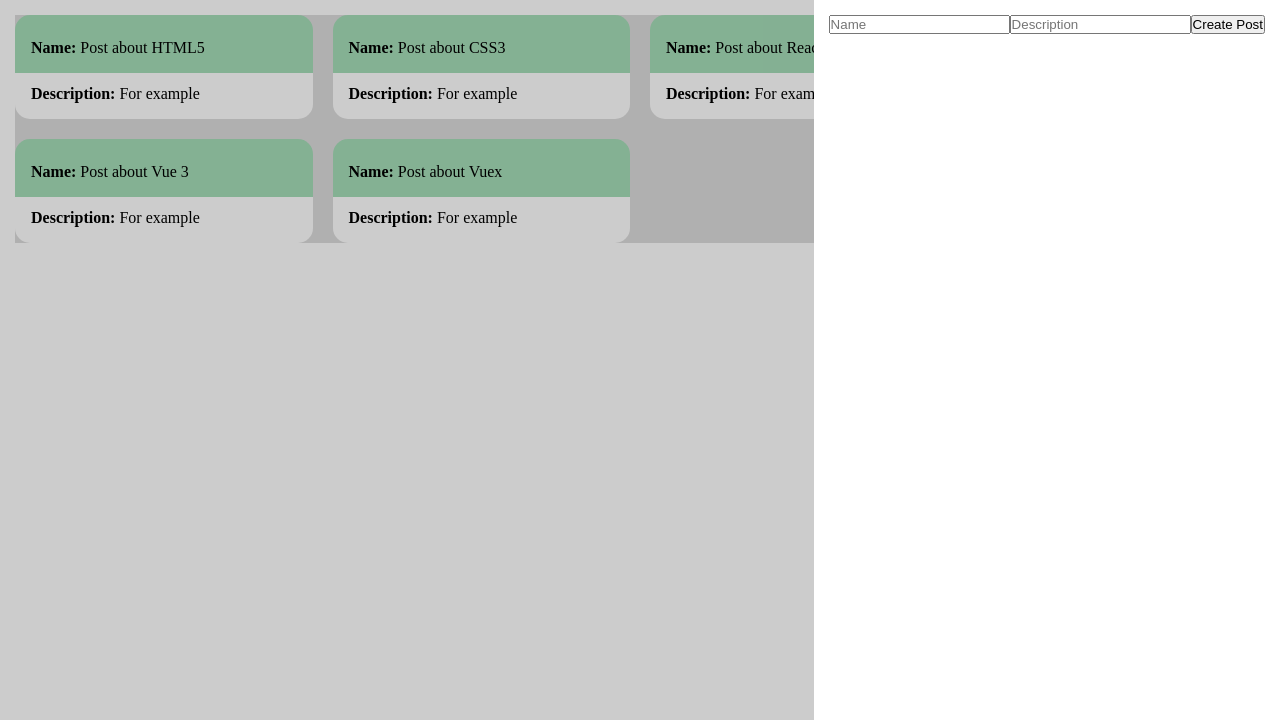
Repository: Axeliriya/vue-todo
Page: /
These files come from the project's save history. The page is drawn as it stood at one moment and after the next save; the edit follows.
The browser window is 1280 px wide. The pictures show the whole page.
The project was rebuilt for these pictures with package versions that can differ from the ones it lists, and the page was loaded fresh each time. Also part of the build but not shown: vue.config.js.

Above is the page before, as saved 2022-04-01 17:21:16.

### public/index.html
<!DOCTYPE html>
<html lang="">
  <head>
    <meta charset="utf-8">
    <meta name="viewport" content="width=device-width,initial-scale=1.0">
    <link rel="icon" href="<%= BASE_URL %>favicon.ico">
    <title>Todo</title>
  </head>
  <body>
    <div id="app"></div>
  </body>
</html>

### src/App.vue
<template>
  <div class="app">
    <div class="overlay">
      <div class="modal">
        <form class="form">
          <input class="input" type="text" placeholder="Name" />
          <input class="input" type="text" placeholder="Description" />
          <button>Create Post</button>
        </form>
      </div>
    </div>
    <ul class="posts">
      <li class="post" v-for="post in posts">
        <div class="post__name"><strong>Name: </strong>{{ post.title }}</div>
        <div class="post__description">
          <strong>Description: </strong>{{ post.body }}
        </div>
      </li>
    </ul>
  </div>
</template>

<script>
export default {
  data() {
    return {
      posts: [
        { id: Date.now(), title: 'Post about HTML5', body: 'For example' },
        { id: Date.now() + 1, title: 'Post about CSS3', body: 'For example' },
        { id: Date.now() + 2, title: 'Post about React', body: 'For example' },
        { id: Date.now() + 3, title: 'Post about Redux', body: 'For example' },
        { id: Date.now() + 4, title: 'Post about Vue 3', body: 'For example' },
        { id: Date.now() + 5, title: 'Post about Vuex', body: 'For example' },
      ],
    };
  },
  methods: {},
};
</script>

<style>
* {
  margin: 0;
  padding: 0;
  box-sizing: border-box;
}

ul {
  list-style-type: none;
}

img {
  display: block;
  width: 100%;
  height: auto;
}

.app {
  padding: 15px;
}

.overlay {
  position: fixed;
  top: 0;
  left: 0;
  width: 100%;
  height: 100vh;
  background-color: rgb(0, 0, 0, 0.2);
  display: flex;
  justify-content: end;
}

.modal {
  padding: 15px;
  background-color: #fff;
  /* align-self: flex-start;
  justify-self: flex-end; */
}

.posts {
  display: grid;
  grid-template-columns: repeat(4, 1fr);
  gap: 20px;
  background-color: gainsboro;
}

.post {
  border-radius: 15px;
}

.post__name {
  padding: 24px 16px 16px 16px;
  border-radius: 15px 15px 0 0;
  background-color: #a5ddb8;
}

.post__description {
  padding: 12px 16px 16px 16px;
  border-radius: 0 0 15px 15px;
  background-color: #ffffff;
}
</style>

Loaded but not shown: src/main.js (common file)

After the next save:
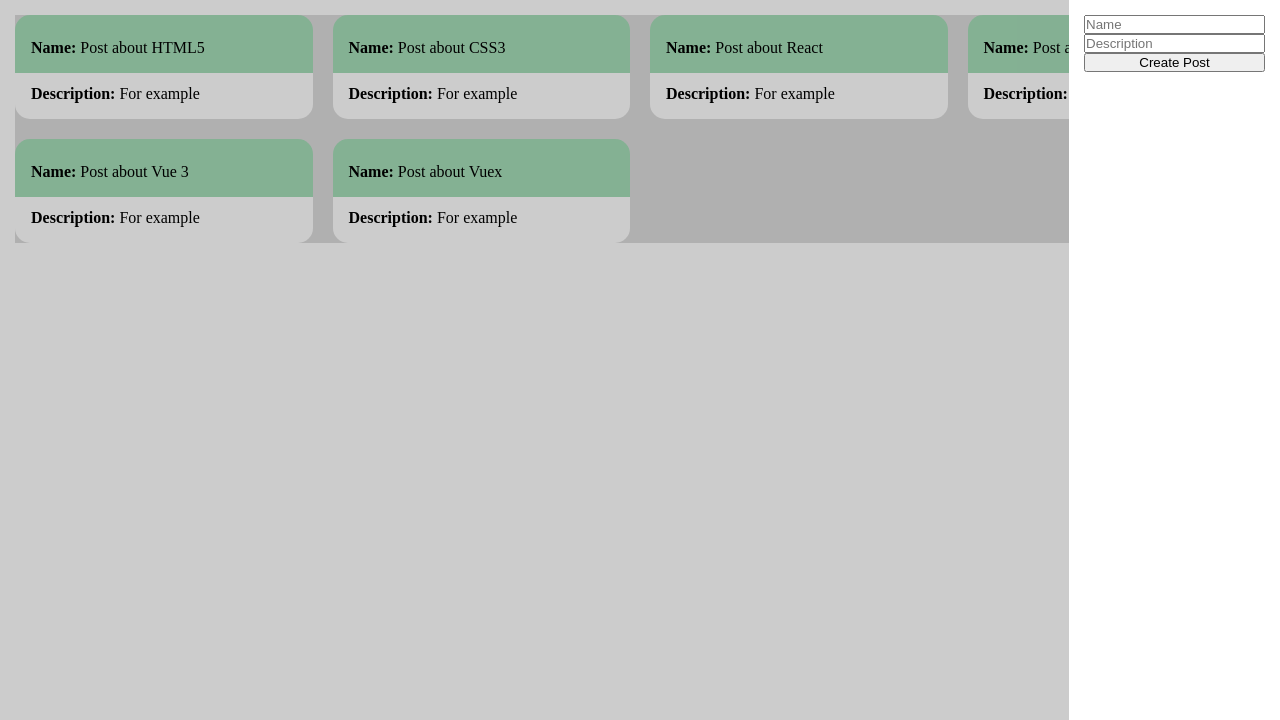
Saved 4 min 24 s later.
--- a/src/App.vue
+++ b/src/App.vue
@@ -5,7 +5,7 @@
         <form class="form">
           <input class="input" type="text" placeholder="Name" />
           <input class="input" type="text" placeholder="Description" />
-          <button>Create Post</button>
+          <button class="button">Create Post</button>
         </form>
       </div>
     </div>
@@ -73,8 +73,11 @@ img {
 .modal {
   padding: 15px;
   background-color: #fff;
-  /* align-self: flex-start;
-  justify-self: flex-end; */
+}
+
+.form {
+  display: grid;
+  grid-template-columns: 1fr;
 }
 
 .posts {
